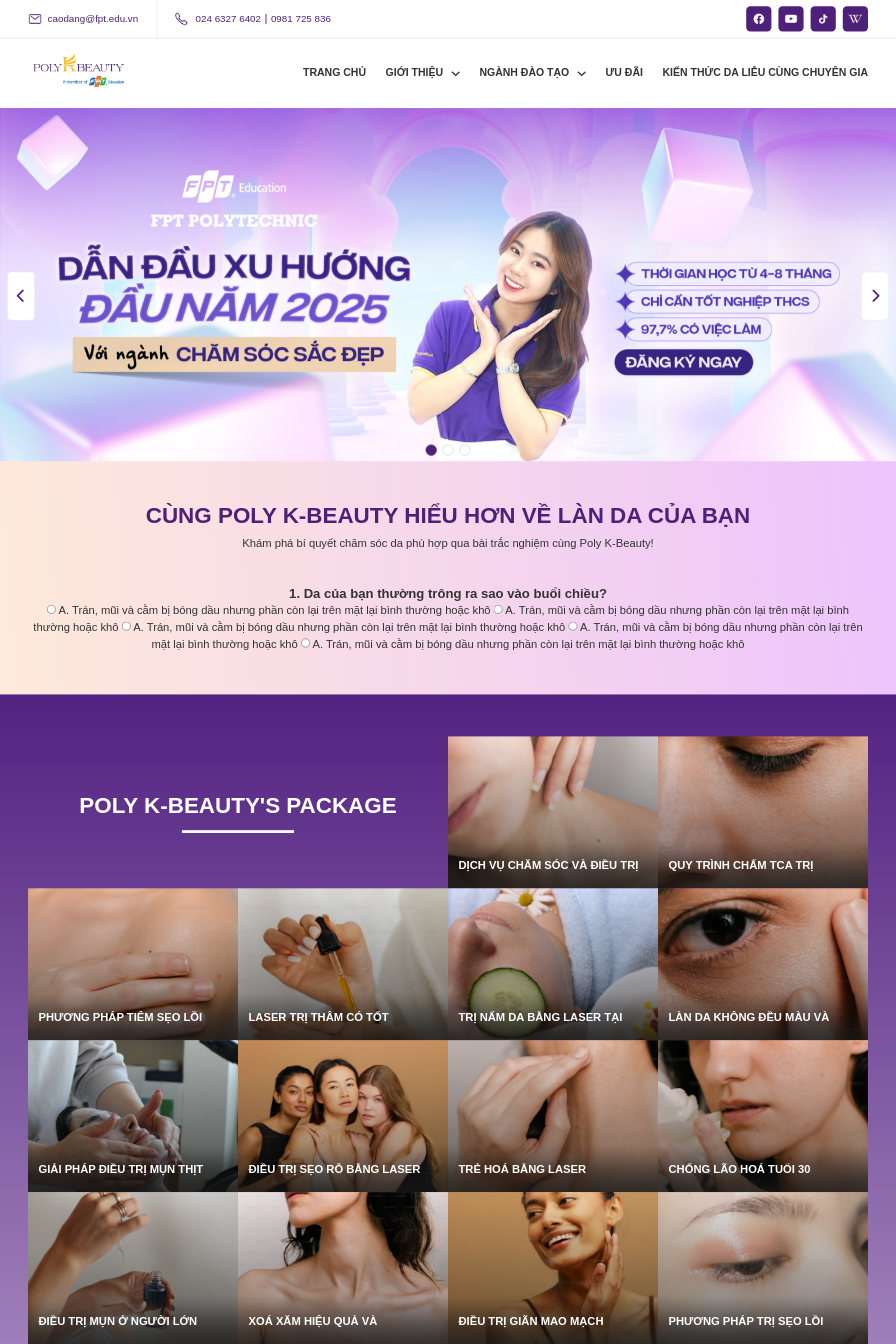
Repository: dinhtri123/k_beauty
Page: test.html
These files come from the project's save history. The page is drawn as it stood at one moment and after the next save; the edit follows.
The browser window is 1280 px wide. The pictures show the part of the page from y = 0 to 1920 px (the page is 4450 px tall), at 70% of full size.
Some web fonts or font styles are not loaded; a fallback is used.

Above is the page before, as saved 2024-12-25 14:08:59.

### test.html
<!DOCTYPE html>
<html lang="en">

<head>
  <meta charset="UTF-8">
  <meta name="viewport" content="width=device-width, initial-scale=1.0">
  <title>Home Page</title>
  <link rel="stylesheet" href="https://cdn.jsdelivr.net/npm/swiper@11/swiper-bundle.min.css" />
  <link rel="stylesheet" href="https://cdnjs.cloudflare.com/ajax/libs/font-awesome/6.7.2/css/all.min.css"
    integrity="sha512-Evv84Mr4kqVGRNSgIGL/F/aIDqQb7xQ2vcrdIwxfjThSH8CSR7PBEakCr51Ck+w+/U6swU2Im1vVX0SVk9ABhg=="
    crossorigin="anonymous" referrerpolicy="no-referrer" />
  <link rel="stylesheet" href="./css/style.css">
  <link rel="stylesheet" href="./css/test.css">
</head>

<body>
  <header>
    <div class="header-top-wrapper">
      <div class="container">
        <div class="header-top">
          <div class="header-top-left">
            <a href="mailto:caodang@fpt.edu.vn">
              <img src="./images/mail-outline.png" alt="">
              <span>caodang@fpt.edu.vn</span>
            </a>
            <p>
              <img src="./images/call-outline.png" alt="">
              <a href="tel:024 6327 6402">024 6327 6402</a>
              <span>|</span>
              <a href="tel: 0981 725 836"> 0981 725 836</a>
            </p>
          </div>
          <div class="header-top-right">
            <a href="">
              <img src="./images/Facebook.png" alt="">
            </a>
            <a href="">
              <img src="./images/YouTube.png" alt="">
            </a>
            <a href="">
              <img src="./images/TikTok.png" alt="">
            </a>
            <a href="">
              <img src="./images/Frame.png" alt="">
            </a>
          </div>
        </div>
      </div>
    </div>
    <div class="header-main container">
      <a href="" class="header-logo">
        <img src="./images/logo.png" alt="">
      </a>
      <nav class="header-nav">
        <ul class="header-menu">
          <li>
            <a href="">Trang chủ</a>
          </li>
          <li>
            <a href="">Giới thiệu
              <span>
                <img src="./images/arrow-bottom.png" alt="">
              </span>
            </a>
          </li>
          <li>
            <a href="">ngành đào tạo
              <span>
                <img src="./images/arrow-bottom.png" alt="">
              </span>
            </a>
          </li>
          <li>
            <a href="">ƯU đãi</a>
          </li>
          <li>
            <a href="">kiến thức da liễu cùng chuyên gia</a>
          </li>
          <li class="header-btn-close sm">
            <i class="fa-solid fa-xmark"></i>
          </li>
        </ul>
      </nav>
      <span class="header-btn-menu sm">
        <i class="fa-solid fa-bars"></i>
      </span>
    </div>
  </header>
  <main id="test">
    <section class="slider-hero">
      <div class="swiper hero-swiper">
        <div class="swiper-wrapper">
          <div class="swiper-slide">
            <img src="./images/image 1.jpg" alt="">
          </div>
          <div class="swiper-slide">
            <img src="./images/image 1.jpg" alt="">
          </div>
          <div class="swiper-slide">
            <img src="./images/image 1.jpg" alt="">
          </div>
        </div>
        <div class="hero-btn swiper-button-next">
          <i class="fa-solid fa-chevron-right"></i>
        </div>
        <div class="hero-btn swiper-button-prev">
          <i class="fa-solid fa-chevron-left"></i>
        </div>
        <div class="swiper-pagination"></div>
      </div>
    </section>
    <section class="befenit">
      <div class="container">
        <div class="befenit-inner">
          <h2>CÙNG POLY K-BEAUTY HIỂU HƠN VỀ LÀN DA CỦA BẠN</h2>
          <p>Khám phá bí quyết chăm sóc da phù hợp qua bài trắc nghiệm cùng Poly K-Beauty!</p>
          <div class="befenit-question">
            <div class="question-item">
              <h3>1. Da của bạn thường trông ra sao vào buổi chiều?</h3>
              <div class="question-option">
                <label for="question_1_opt_1">
                  <input type="radio" name="question_1" id="question_1_opt_1">
                  A. Trán, mũi và cằm bị bóng dầu nhưng phần còn lại trên mặt lại bình thường hoặc khô
                </label>
                <label for="question_1_opt_1">
                  <input type="radio" name="question_1" id="question_1_opt_1">
                  A. Trán, mũi và cằm bị bóng dầu nhưng phần còn lại trên mặt lại bình thường hoặc khô
                </label>
                <label for="question_1_opt_1">
                  <input type="radio" name="question_1" id="question_1_opt_1">
                  A. Trán, mũi và cằm bị bóng dầu nhưng phần còn lại trên mặt lại bình thường hoặc khô
                </label>
                <label for="question_1_opt_1">
                  <input type="radio" name="question_1" id="question_1_opt_1">
                  A. Trán, mũi và cằm bị bóng dầu nhưng phần còn lại trên mặt lại bình thường hoặc khô
                </label>
                <label for="question_1_opt_1">
                  <input type="radio" name="question_1" id="question_1_opt_1">
                  A. Trán, mũi và cằm bị bóng dầu nhưng phần còn lại trên mặt lại bình thường hoặc khô
                </label>
              </div>
            </div>
          </div>
        </div>
      </div>
    </section>
    <section class="package">
      <div class="container">
        <div class="package-inner">
          <h2>POLY K-BEAUTY'S PACKAGE <span class="line"></span></h2>
          <div class="package-item">
            <img src="./images/package_img1.jpg" alt="">
            <h3>Dịch vụ chăm sóc và điều trị</h3>
          </div>
          <div class="package-item">
            <img src="./images/package_img2.jpg" alt="">
            <h3>QUY TRÌNH CHẤM TCA TRỊ</h3>
          </div>
          <div class="package-item">
            <img src="./images/package_img3.jpg" alt="">
            <h3>PHƯƠNG PHÁP TIÊM SẸO LỒI</h3>
          </div>
          <div class="package-item">
            <img src="./images/package_img4.jpg" alt="">
            <h3>LASER TRỊ THÂM CÓ TỐT</h3>
          </div>
          <div class="package-item">
            <img src="./images/package_img5.jpg" alt="">
            <h3>TRỊ NẤM DA BẰNG LASER TẠI</h3>
          </div>
          <div class="package-item">
            <img src="./images/package_img6.jpg" alt="">
            <h3>LÀN DA KHÔNG ĐỀU MÀU VÀ</h3>
          </div>
          <div class="package-item">
            <img src="./images/package_img7.jpg" alt="">
            <h3>GIẢI PHÁP ĐIỀU TRỊ MỤN THỊT</h3>
          </div>
          <div class="package-item">
            <img src="./images/package_img8.jpg" alt="">
            <h3>ĐIỀU TRỊ SẸO RỖ BẰNG LASER</h3>
          </div>
          <div class="package-item">
            <img src="./images/package_img9.jpg" alt="">
            <h3>TRẺ HOÁ BẰNG LASER</h3>
          </div>
          <div class="package-item">
            <img src="./images/package_img10.jpg" alt="">
            <h3>CHỐNG LÃO HOÁ TUỔI 30</h3>
          </div>
          <div class="package-item">
            <img src="./images/package_img11.jpg" alt="">
            <h3>ĐIỀU TRỊ MỤN Ở NGƯỜI LỚN</h3>
          </div>
          <div class="package-item">
            <img src="./images/package_img12.jpg" alt="">
            <h3>XOÁ XĂM HIỆU QUẢ VÀ</h3>
          </div>
          <div class="package-item">
            <img src="./images/package_img13.jpg" alt="">
            <h3>ĐIỀU TRỊ GIÃN MAO MẠCH</h3>
          </div>
          <div class="package-item">
            <img src="./images/package_img14.jpg" alt="">
            <h3>PHƯƠNG PHÁP TRỊ SẸO LỒI</h3>
          </div>
          <div class="package-item">
            <img src="./images/package_img15.jpg" alt="">
            <h3>LĂN KIM TRỊ SẸO RỖ</h3>
          </div>
          <div class="package-item">
            <img src="./images/package_img16.jpg" alt="">
            <h3>ĐIỆN DI VITAMIN C - GIẢI PHÁP</h3>
          </div>
          <div class="package-item">
            <img src="./images/package_img17.jpg" alt="">
            <h3>TRẺ HOÁ DA VỚI LIỆU TRÌNH</h3>
          </div>
          <div class="package-item">
            <img src="./images/package_img18.jpg" alt="">
            <h3>PEEL DA HOÁ HỌC CHUYÊN</h3>
          </div>
          <div class="package-item">
            <img src="./images/package_img19.jpg" alt="">
            <h3>PEEL DA HOÁ HỌC NỒNG ĐỘ</h3>
          </div>
          <div class="package-item">
            <img src="./images/package_img20.jpg" alt="">
            <h3>PEEL DA HOÁ HỌC NỒNG ĐỘ</h3>
          </div>
          <div class="package-item">
            <img src="./images/package_img21.jpg" alt="">
            <h3>PEEL DA HOÁ HỌC</h3>
          </div>
          <div class="package-item">
            <img src="./images/package_img22.jpg" alt="">
            <h3>PHƯƠNG PHÁP MÀI DA VI</h3>
          </div>
          <div class="package-item">
            <img src="./images/package_img23.jpg" alt="">
            <h3>CHẮM SÓC & ĐIỀU TRỊ DA CHO</h3>
          </div>
          <div class="package-item">
            <img src="./images/package_img24.jpg" alt="">
            <h3>XOÁ NỐT RUỒI</h3>
          </div>
          <div class="package-item">
            <img src="./images/package_img25.jpg" alt="">
            <h3>KIỂM TRA DA MẶT Ở ĐÂU ĐỂ</h3>
          </div>
          <div class="package-item">
            <img src="./images/package_img26.jpg" alt="">
            <h3>DỊCH VỤ CHĂM SÓC DA MẶT</h3>
          </div>
          <div class="package-item">
            <img src="./images/package_img27.jpg" alt="">
            <h3>MỤN LÀ CHUYỆN NHỎ VỚI</h3>
          </div>
          <div class="package-item">
            <img src="./images/package_img28.jpg" alt="">
            <h3>TÌM LẠI LÀN DA MỊN MÀNG VỚI</h3>
          </div>
          <div class="package-item">
            <img src="./images/package_img29.jpg" alt="">
            <h3>ĐỐT MỤN THỊT, U VÀNG</h3>
          </div>
          <div class="package-item">
            <img src="./images/package_img30.jpg" alt="">
            <h3>ĐIỀU TRỊ MỤN TRỨNG CÁ DỨT</h3>
          </div>
          <div class="package-item">
            <img src="./images/package_img31.jpg" alt="">
            <h3>TRIỆT LÔNG VĨNH VIỄN</h3>
          </div>
          <div class="package-item">
            <img src="./images/package_img32.jpg" alt="">
            <h3>NÁM DA VÀ RỐI LOẠN SẮC TỐ</h3>
          </div>
          <div class="package-item">
            <img src="./images/package_img33.jpg" alt="">
            <h3>LIỆU TRÌNH TRẺ HOÁ DA LÀM</h3>
          </div>
          <div class="package-item">
            <img src="./images/package_img34.jpg" alt="">
            <h3>ĐIỀU TRỊ TRỊ MỤN</h3>
          </div>
        </div>
      </div>
    </section>
    <section class="form-bottom">
      <div class="container">
        <div class="form-inner">
          <div class="form-text">
            <h2>Tìm hiểu chương trình tại Poly K-Beauty và nhận tư vấn ngay!</h2>
            <button>Đăng ký ngay</button>
          </div>
          <div class="form-img">
            <img src="./images/form-img.png" alt="">
          </div>
        </div>
      </div>
    </section>
  </main>
  <footer>
    <div class="container">
      <div class="footer-wrapper">
        <div class="footer-left">
          <div class="footer-logo">
            <img src="./images/logo-footer.png" alt="">
          </div>
          <div class="footer-social">
            <a href="#">
              <img src="./images/icon-fb.png" alt="">
            </a>
            <a href="#">
              <img src="./images/icon-ytb.png" alt="">
            </a>
            <a href="#">
              <img src="./images/icon-tiktok.png" alt="">
            </a>
            <a href="#">
              <img src="./images/icon-wiki.png" alt="">
            </a>
          </div>
          <div class="footer-contact">
            <h3>THÔNG TIN LIÊN HỆ</h3>
            <ul>
              <li>Điện thoại: (024) 7300 1955</li>
              <li>Email: caodang@fpt.edu.vn</li>
            </ul>
          </div>
        </div>
        <div class="footer-right">
          <h3>HỆ THỐNG VĂN PHÒNG TUYỂN SINH</h3>
          <div class="footer-local">
            <div class="local-item">
              <h4>Cơ sở Hà Nội</h4>
              <ul>
                <li><span><ion-icon name="location-outline"></ion-icon></span> Cổng số 1, Tòa nhà FPT
                  Polytechnic, 13 phố Trịnh Văn Bô, phường Phương Canh, quận Nam Từ Liêm, TP Hà Nội
                  Km12
                  Cầu Diễn, Phường Phúc Diễn, Quận Bắc Từ Liêm, Hà Nội</li>
                <li><span><ion-icon name="call-outline"></ion-icon></span>(024) 8582 0808</li>
              </ul>
            </div>
            <div class="local-item">
              <h4>Cơ sở Hồ Chí Minh</h4>
              <ul>
                <li><span><ion-icon name="location-outline"></ion-icon></span> Tòa nhà QTSC9 (toà T),
                  đường
                  Tô Ký, phường Tân Chánh Hiệp, quận 12, TP HCM.</li>
                <li><span><ion-icon name="location-outline"></ion-icon></span> 778/B1 Nguyễn Kiệm,
                  phường
                  04, quận Phú Nhuận, TP HCM
                  0901 660 002 – 028 6686 6486</li>
              </ul>
            </div>
            <div class="local-item">
              <h4>Cơ sở Thái Nguyên</h4>
              <ul>
                <li><span><ion-icon name="location-outline"></ion-icon></span> Tòa nhà FPT Polytechnic,
                  đường đê Mỏ Bạch, tổ 10, phường Quyết Thắng, TP Thái Nguyên, tỉnh Thái Nguyên</li>
                <li><span><ion-icon name="location-outline"></ion-icon></span> 091 532 9213</li>
              </ul>
            </div>
            <div class="local-item">
              <h4>Cơ sở Đà Nẵng</h4>
              <ul>
                <li><span><ion-icon name="location-outline"></ion-icon></span> 219 Nguyễn Sinh Sắc,
                  phường
                  Hoà Minh, quận Liên Chiểu, TP Đà Nẵng</li>
                <li><span><ion-icon name="location-outline"></ion-icon></span> 023 6371 0999 – 094 302
                  5282
                </li>
              </ul>
            </div>
            <div class="local-item">
              <h4>Cơ sở Hải Phòng</h4>
              <ul>
                <li><span><ion-icon name="location-outline"></ion-icon></span> 271 Lê Thánh Tông, phường
                  Máy
                  Chai, quận Ngô Quyền, TP Hải Phòng</li>
                <li><span><ion-icon name="location-outline"></ion-icon></span> 0915431313</li>
              </ul>
            </div>
            <div class="local-item">
              <h4>Cơ sở Quy Nhơn</h4>
              <ul>
                <li><span><ion-icon name="location-outline"></ion-icon></span> 107A Thanh Niên, phường
                  Quang
                  Trung, TP Quy Nhơn, tỉnh Bình Định</li>
                <li><span><ion-icon name="location-outline"></ion-icon></span> 039 404 4568</li>
              </ul>
            </div>
            <div class="local-item">
              <h4>Cơ sở Hà Nam</h4>
              <ul>
                <li><span><ion-icon name="location-outline"></ion-icon></span> Tổ hợp Giáo dục FPT,
                  Unischool, Khu Đại học Nam Cao, Phường Hoàng Đông, Thị xã Duy Tiên, Hà Nam</li>
                <li><span><ion-icon name="location-outline"></ion-icon></span> 0911 968 213</li>
              </ul>
            </div>
            <div class="local-item">
              <h4>Cơ sở Tây Nguyên</h4>
              <ul>
                <li><span><ion-icon name="location-outline"></ion-icon></span> Số 300, 6 Đường Hà Huy
                  Tập,
                  Tổ dân phố 8, phường Tân An, TP Buôn Ma Thuột, Đắk Lắk</li>
                <li><span><ion-icon name="location-outline"></ion-icon></span> 026 2355 5678</li>
              </ul>
            </div>
            <div class="local-item">
              <h4>Cơ sở Thanh Hoá</h4>
              <ul>
                <li><span><ion-icon name="location-outline"></ion-icon></span> Tòa Beta, Tổ hợp giáo dục
                  FPT, Đại lộ Võ Nguyên Giáp, phường Quảng Thành, TP Thanh Hóa</li>
                <li><span><ion-icon name="location-outline"></ion-icon></span> 091 378 5213</li>
              </ul>
            </div>
            <div class="local-item">
              <h4>Cơ sở Đồng Nai</h4>
              <ul>
                <li><span><ion-icon name="location-outline"></ion-icon></span> 193 Đỗ Văn Thi, phường
                  Hiệp
                  Hòa, TP Biên Hòa, tỉnh Đồng Nai</li>
                <li><span><ion-icon name="location-outline"></ion-icon></span> 0345 690 031 – 0989 871
                  031
                </li>
              </ul>
            </div>
            <div class="local-item">
              <h4>Cơ sở Cần Thơ</h4>
              <ul>
                <li><span><ion-icon name="location-outline"></ion-icon></span> Toà nhà FPT Polytechnic,
                  đường số 22, phường Thường Thạnh, quận Cái Răng, TP Cần Thơ</li>
                <li><span><ion-icon name="location-outline"></ion-icon></span> 098 388 1100 – 091 2823
                  492
                </li>
              </ul>
            </div>
          </div>
        </div>
      </div>
    </div>
  </footer>
</body>

<script src="https://cdn.jsdelivr.net/npm/swiper@11/swiper-bundle.min.js"></script>

<script>
  var swiper = new Swiper(".hero-swiper", {
    loop: true,
    navigation: {
      nextEl: ".swiper-button-next",
      prevEl: ".swiper-button-prev",
    },
    pagination: {
      el: ".swiper-pagination",
    },
  });
</script>
<script src="./index.js"></script>

</html>

Loaded but not shown: index.js (22 lines, source omitted); css/style.css (697 lines, source omitted); css/test.css (empty)

After the next save:
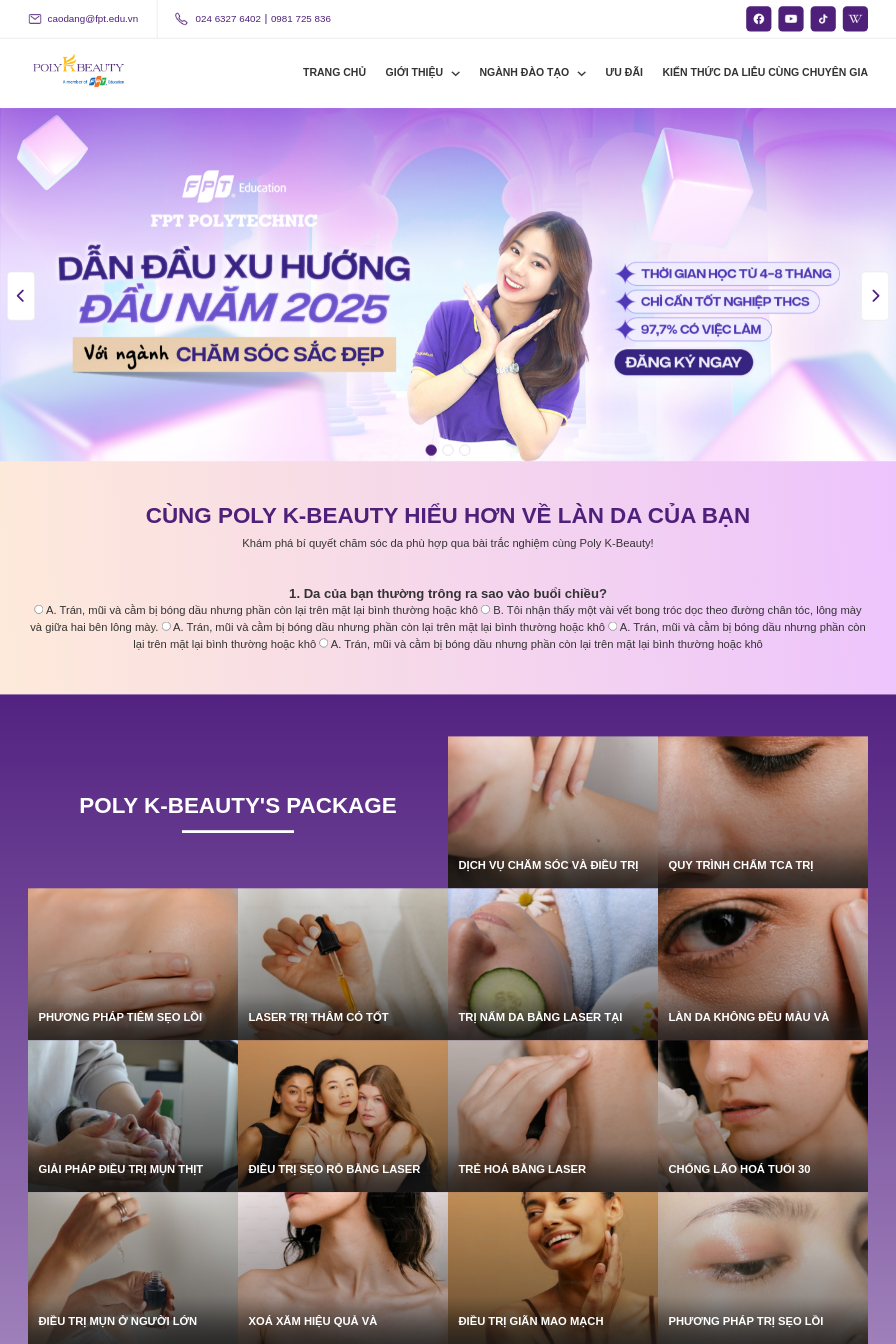
Saved 12 s later.
--- a/test.html
+++ b/test.html
@@ -122,9 +122,9 @@
                   <input type="radio" name="question_1" id="question_1_opt_1">
                   A. Trán, mũi và cằm bị bóng dầu nhưng phần còn lại trên mặt lại bình thường hoặc khô
                 </label>
-                <label for="question_1_opt_1">
-                  <input type="radio" name="question_1" id="question_1_opt_1">
-                  A. Trán, mũi và cằm bị bóng dầu nhưng phần còn lại trên mặt lại bình thường hoặc khô
+                <label for="question_1_opt_2">
+                  <input type="radio" name="question_1" id="question_1_opt_2">
+                  B. Tôi nhận thấy một vài vết bong tróc dọc theo đường chân tóc, lông mày và giữa hai bên lông mày.
                 </label>
                 <label for="question_1_opt_1">
                   <input type="radio" name="question_1" id="question_1_opt_1">
